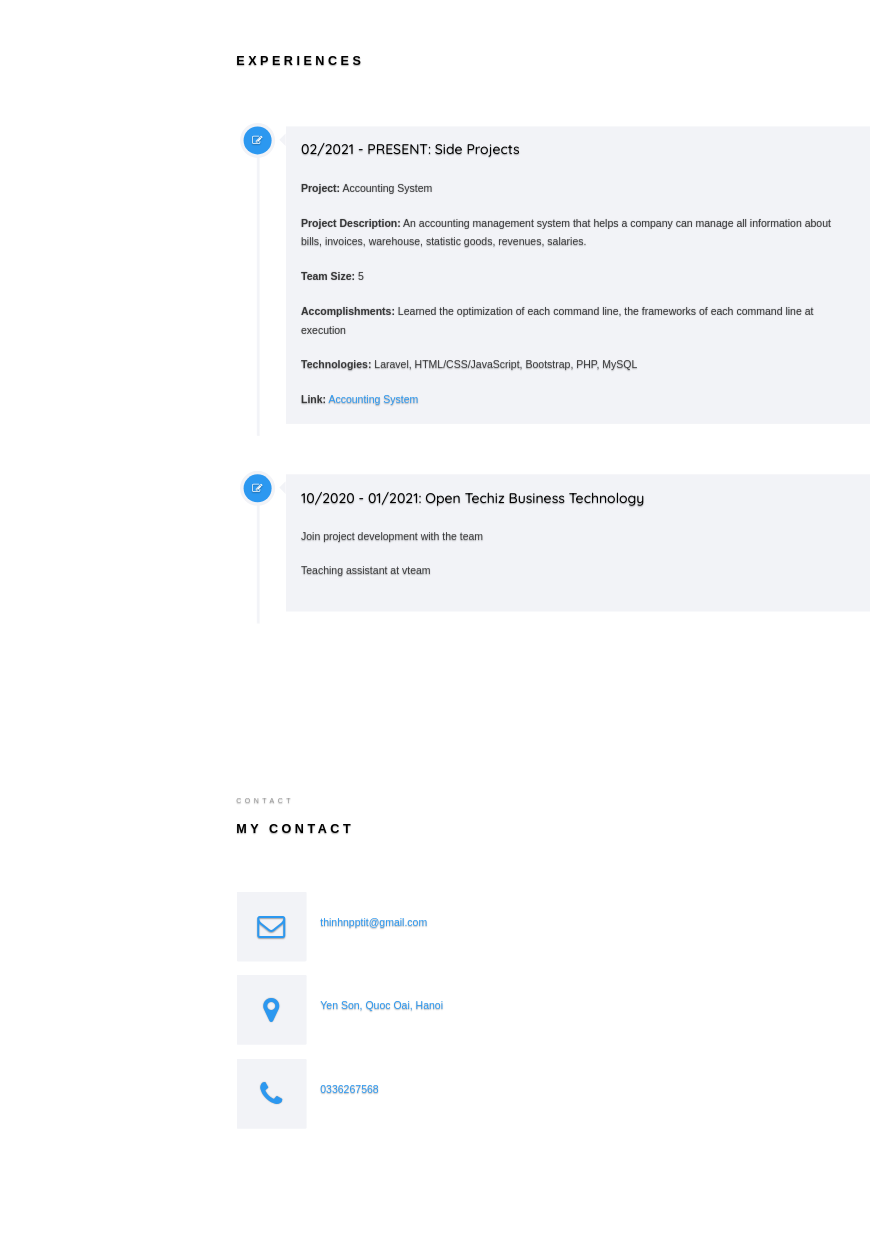
Repository: thinhnpptit/my-cv
Page: index.html
These files come from the project's save history. The page is drawn as it stood at one moment and after the next save; the edit follows.
The browser window is 1280 px wide. The pictures show the part of the page from y = 2331 to 4251 px (the page is 4098 px tall before and 4251 px after), at 70% of full size.
Some web fonts or font styles are not loaded; a fallback is used.

Above is the page before, as saved 2021-06-22 22:39:42.
Console error: TypeError: $(...).stick_in_parent is not a function

After the next save:
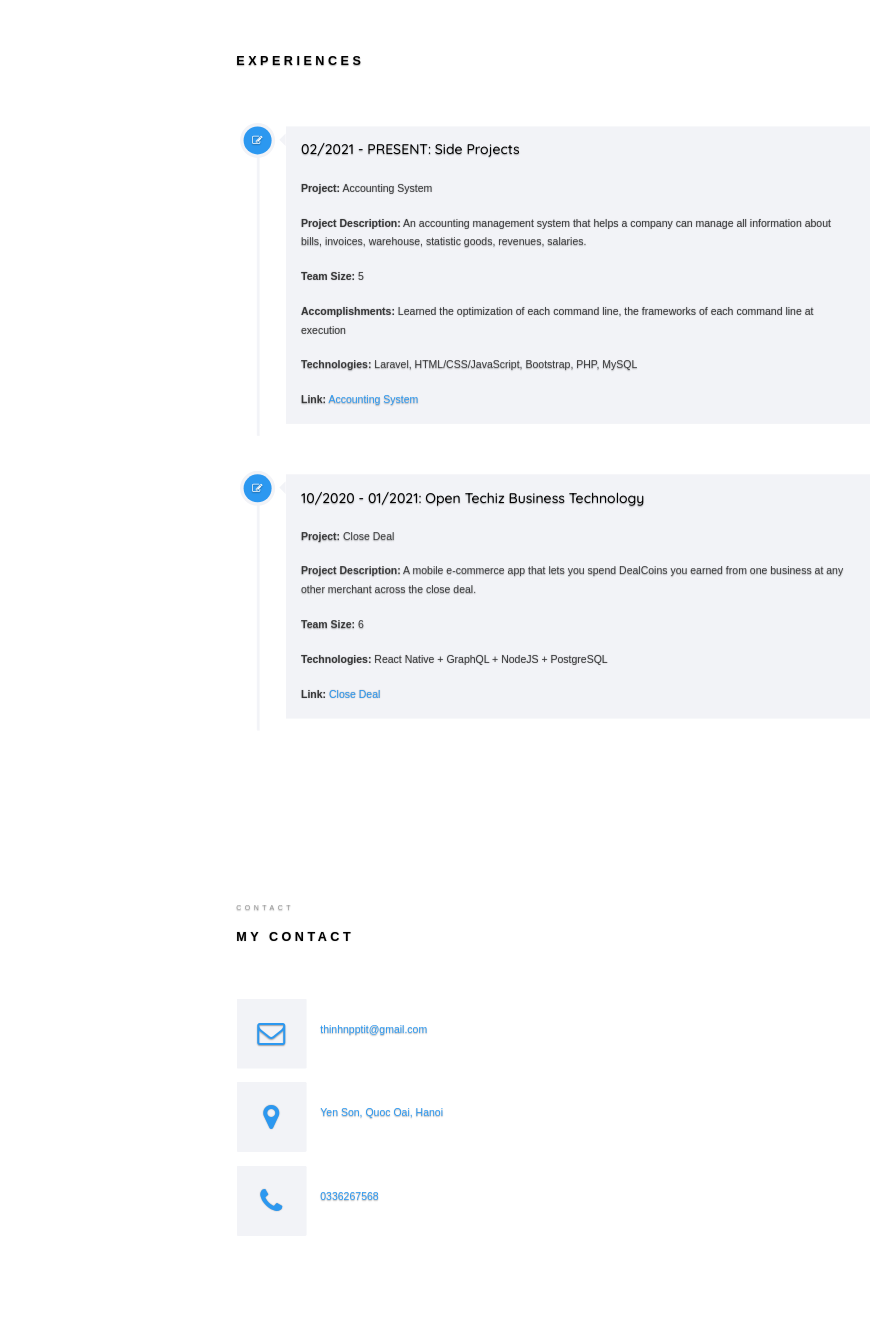
Saved 2 min 5 s later.
--- a/index.html
+++ b/index.html
@@ -308,8 +308,12 @@
 
 								  <div class="timeline-label">
 										<h2><a href="#">10/2020 - 01/2021: Open Techiz Business Technology</a><span></span></h2>
-									   <p>Join project development with the team</p>
-									   <p>Teaching assistant at vteam</p>
+										<p><strong>Project:</strong> Close Deal</p>
+										<p><strong>Project Description:</strong> A mobile e-commerce app that lets you spend DealCoins you earned 	from one business at any other merchant across the close deal.</p>
+										<p><strong>Team Size:</strong> 6</p>
+										<!-- <p><strong>Accomplishments:</strong> Learned the optimization of each command line, the frameworks of each command line at execution</p> -->
+										<p><strong>Technologies:</strong> React Native + GraphQL + NodeJS + PostgreSQL</p>
+										<span><strong>Link:</strong></span><a href="https://closedeal.app"> Close Deal</a>
 									   <!-- <div class="text-center">
 										   <a name="" id="" class="btn btn-primary" href="#" role="button">View Page</a>
 									   </div> -->
